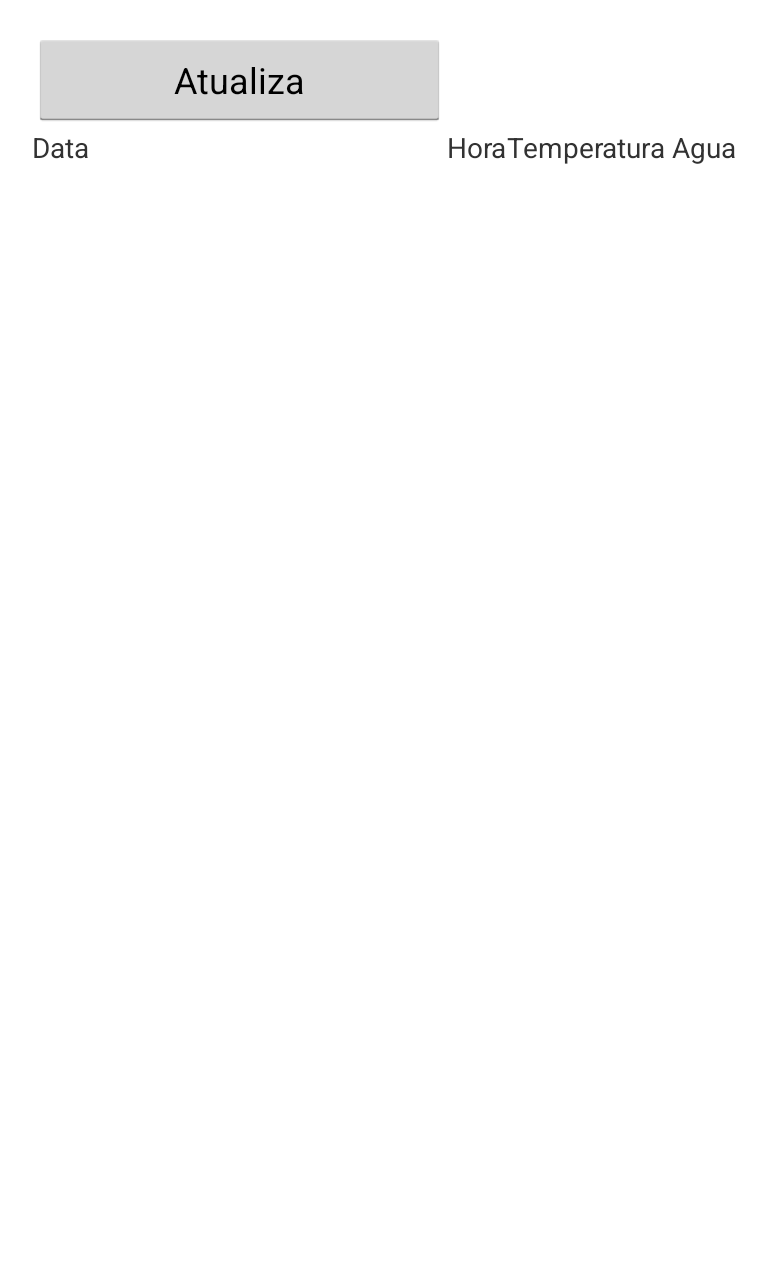
Repository: fernandoreb/android
Layout: MyFirstApp/res/layout/activity_main.xml
The author's editor kept a copy of each file at every save. The layout is drawn from the files as they stood at one save, then again after the next save.
It is drawn on a 768 x 1280 px phone screen (xhdpi) without system bars, with theme AppTheme; the app's code is not run.

Above is the layout before, as saved 2013-07-21 13:37:28.

After the next save:
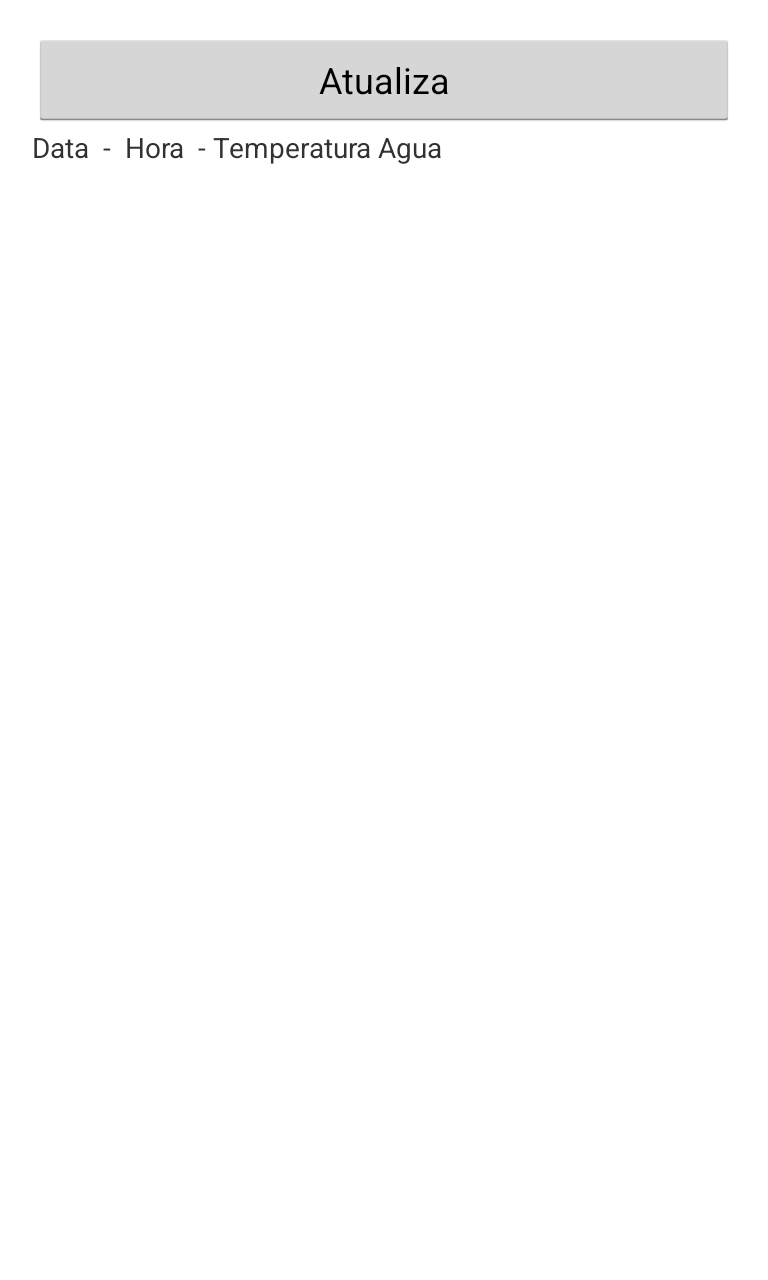
Saved 94 s later.
--- a/MyFirstApp/res/layout/activity_main.xml
+++ b/MyFirstApp/res/layout/activity_main.xml
@@ -13,9 +13,7 @@
     		<Button android:id="@+id/Button02" android:layout_width="wrap_content" android:layout_height="wrap_content" android:text="Atualiza"></Button>
  		</TableRow>
  		<TableRow android:id="@+id/TableRow03" android:layout_width="wrap_content" android:layout_height="wrap_content">
-    		<TextView android:id="@+id/TextView01" android:layout_width="fill_parent" android:layout_height="wrap_content" android:text="Data"></TextView>
-    		<TextView android:id="@+id/TextView02" android:layout_width="fill_parent" android:layout_height="wrap_content" android:text="Hora"></TextView>
-    		<TextView android:id="@+id/TextView03" android:layout_width="fill_parent" android:layout_height="wrap_content" android:text="Temperatura Agua"></TextView>
+    		<TextView android:id="@+id/TextView01" android:layout_width="fill_parent" android:layout_height="wrap_content" android:text="Data  -  Hora  - Temperatura Agua"></TextView>
     	</TableRow>
  		<TableRow android:id="@+id/TableRow01" android:layout_width="wrap_content" android:layout_height="wrap_content">
     		<ScrollView android:id="@+id/ScrollView01" android:layout_width="wrap_content" android:layout_height="wrap_content">
